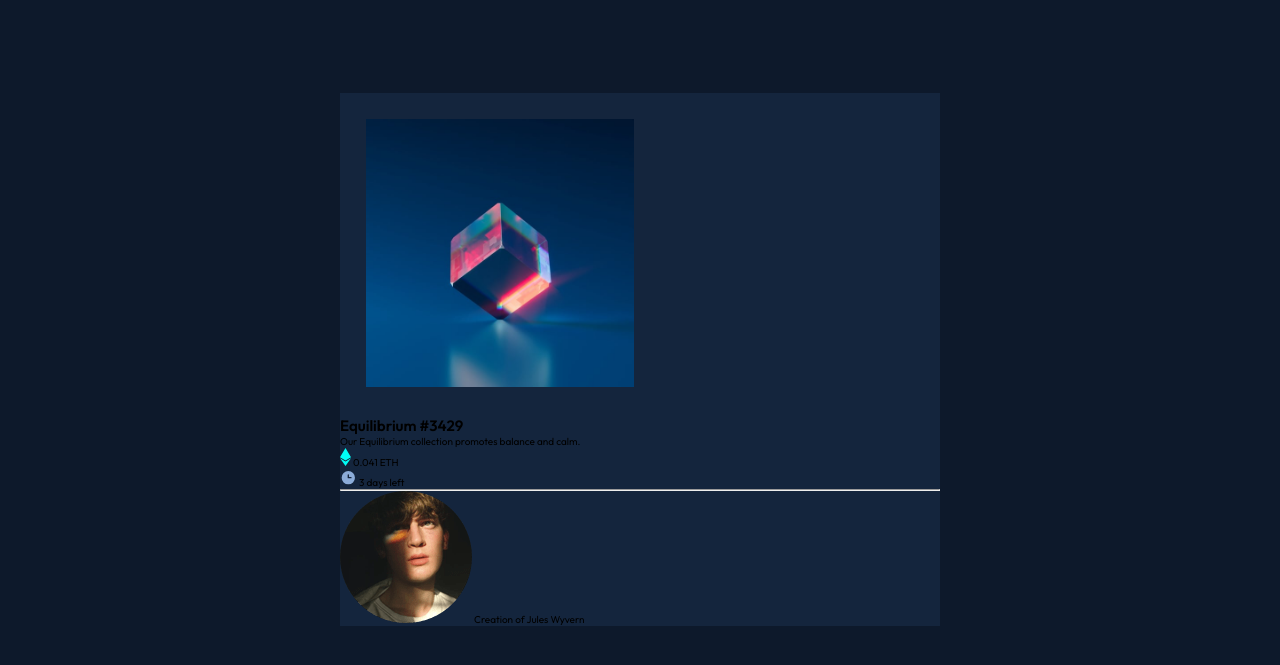
Repository: thaibaocoder1/nft-preview-card-component
Page: index.html
An editor plug-in stored every save of this project. The page is shown before and after a run of saves, followed by the edit.
The browser window is 1280 px wide. The pictures show the whole page.

Above is the page before, as saved 2023-01-06 18:30:33.

After the next 7 saves:
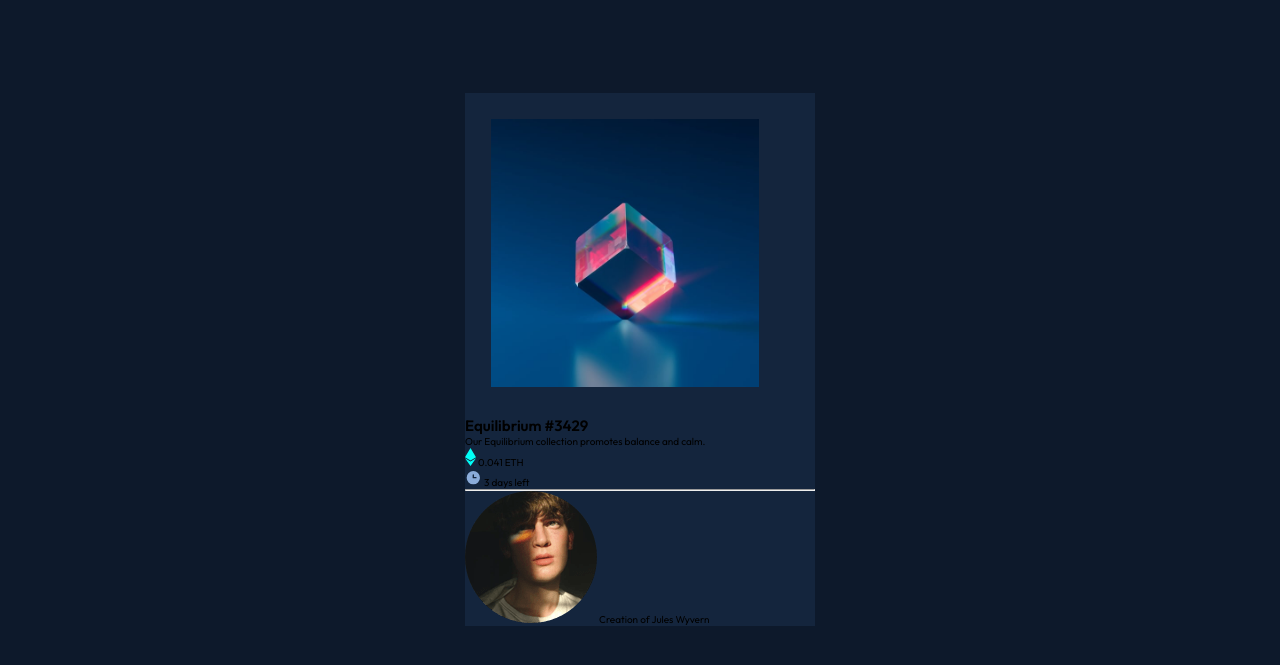
The 7 saves are shown as one change because they came seconds apart.
The last was saved 17 s later.
--- a/style.css
+++ b/style.css
@@ -24,7 +24,7 @@ body {
     --white-color: hsl(0, 0%, 100%);
 }
 .container {
-    width: 600px;
+    width: 350px;
     background-color: var(--very-dark-blue-card);
 }
 .container .container-img {
